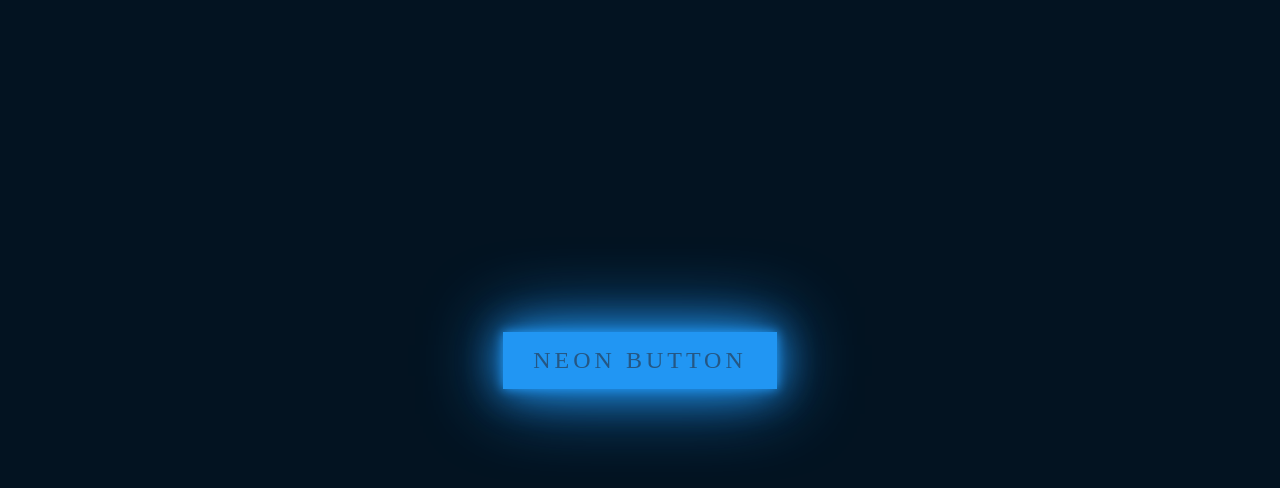
Repository: kiranjeetkaur01/csseffectneonbutton.github.io
Page: index.html
The author's editor kept a copy of each file at every save. The page is drawn from the files as they stood at one save, then again after the next save.
The browser window is 1280 px wide. The pictures show the whole page.
The pointer rests on the first visible `a`.

Above is the page before, as saved 2023-09-09 21:38:53.

### index.html
<!DOCTYPE html>
<html lang="en">
<head>
    <meta charset="UTF-8">
    <meta name="viewport" content="width=device-width, initial-scale=1.0">
    <title>Neon Button</title>
    <link rel="stylesheet" href="style.css">
</head>
<body>
    <a href="#">
        <span></span>
        <span></span>
        <span></span>
        <span></span>
        Neon Button
    </a>
</body>
</html>

### style.css
*{
    margin: 0;
    padding: 0;
    box-sizing: border-box;
}
body,html{
    display: flex;
    justify-content: center;
    align-items: center;
    min-height: 100vh;
    background: #031321;
    font-family: gilroy ;

}
a{
    position: relative;
    display: inline-block;
    padding: 15px 30px;
    color: #2196f3;
    text-transform: uppercase;
    letter-spacing: 4px;
    text-decoration: none;
    font-size: 24px;
    overflow: hidden;
    transition: 0.2s;
}
a:hover{
    color:#255784;
    background: #2196f3;
    box-shadow: 0 0 10px #2196f3,0 0 40px #2196f3, 0 0 80px #2196f3;
}

After the next save:
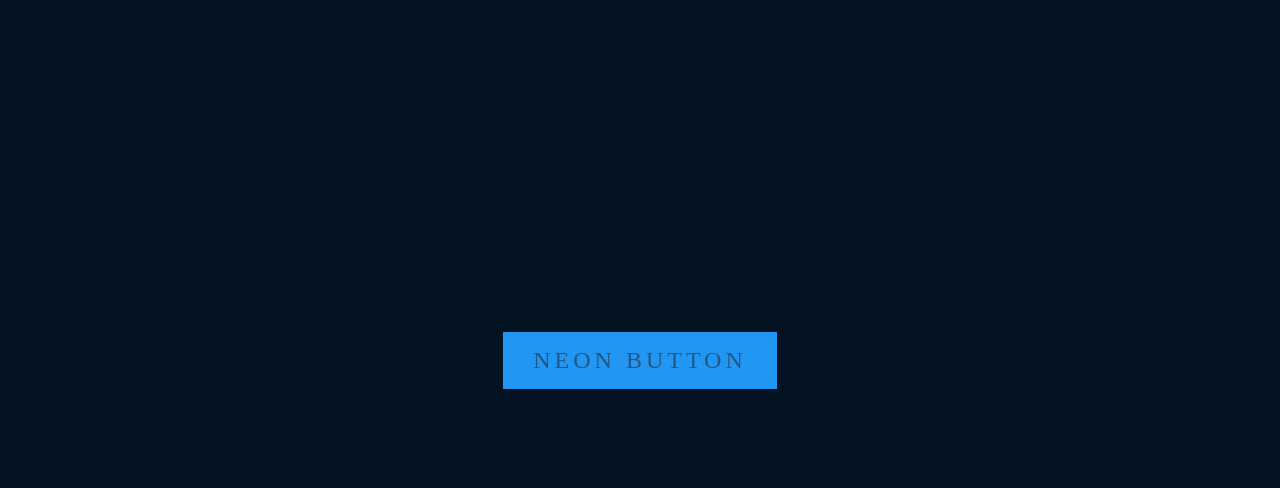
Saved 46 s later.
--- a/style.css
+++ b/style.css
@@ -27,5 +27,5 @@
 a:hover{
     color:#255784;
     background: #2196f3;
-    box-shadow: 0 0 10px #2196f3,0 0 40px #2196f3, 0 0 80px #2196f3;
+    /* box-shadow: 0 0 10px #2196f3,0 0 40px #2196f3, 0 0 80px #2196f3; */
 }

After the save that followed:
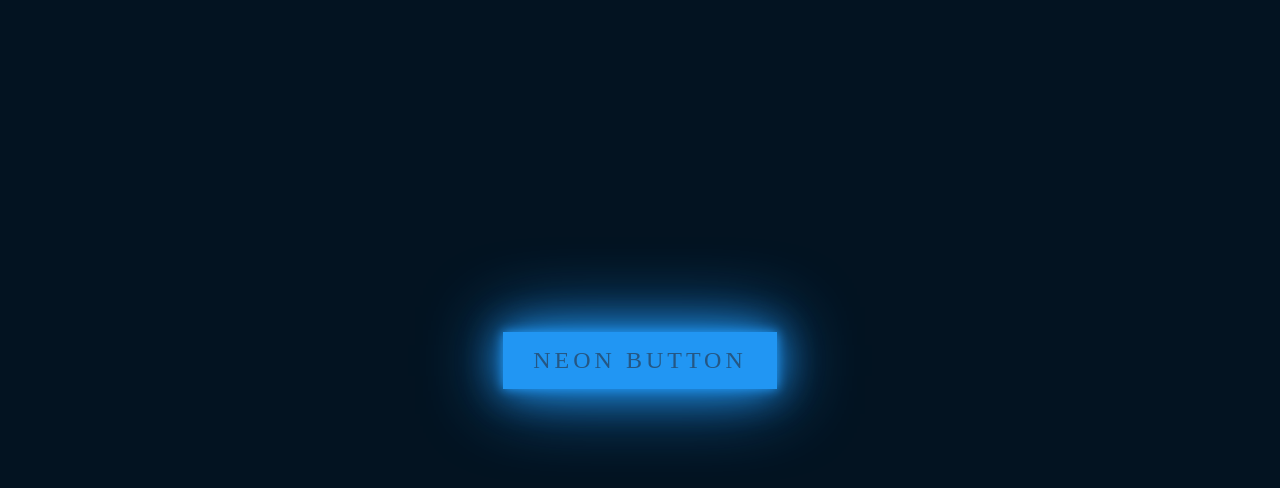
Saved 9 s later.
--- a/style.css
+++ b/style.css
@@ -27,5 +27,5 @@
 a:hover{
     color:#255784;
     background: #2196f3;
-    /* box-shadow: 0 0 10px #2196f3,0 0 40px #2196f3, 0 0 80px #2196f3; */
+    box-shadow: 0 0 10px #2196f3,0 0 40px #2196f3, 0 0 80px #2196f3;
 }
